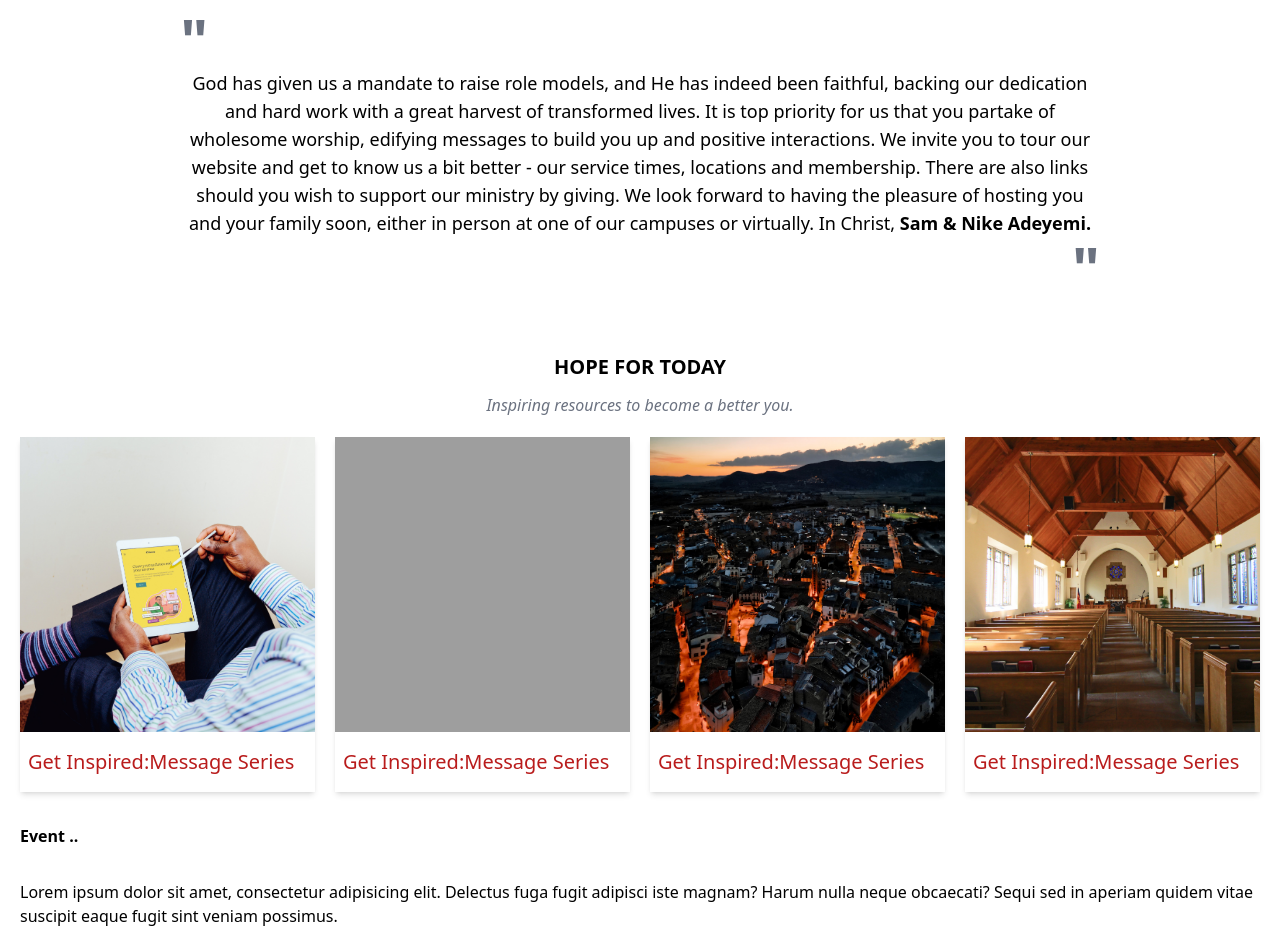
Repository: hisreal123/godschamber
Page: /
An editor plug-in stored every save of this project. The page is shown before and after the next save, followed by the edit.
The browser window is 1280 px wide. The pictures show the part of the page from y = 823 to 1775 px (the page is 1751 px tall before and 1775 px after).
Pictures or frames that could not be fetched are drawn as grey boxes. The project was rebuilt for these pictures with package versions that can differ from the ones it lists, and the page was loaded fresh each time. The framework's server and built-in components were replaced by stand-ins that run in the browser. Also part of the build but not shown: next.config.js.

Above is the page before, as saved 2023-03-26 12:25:26.

After the next save:
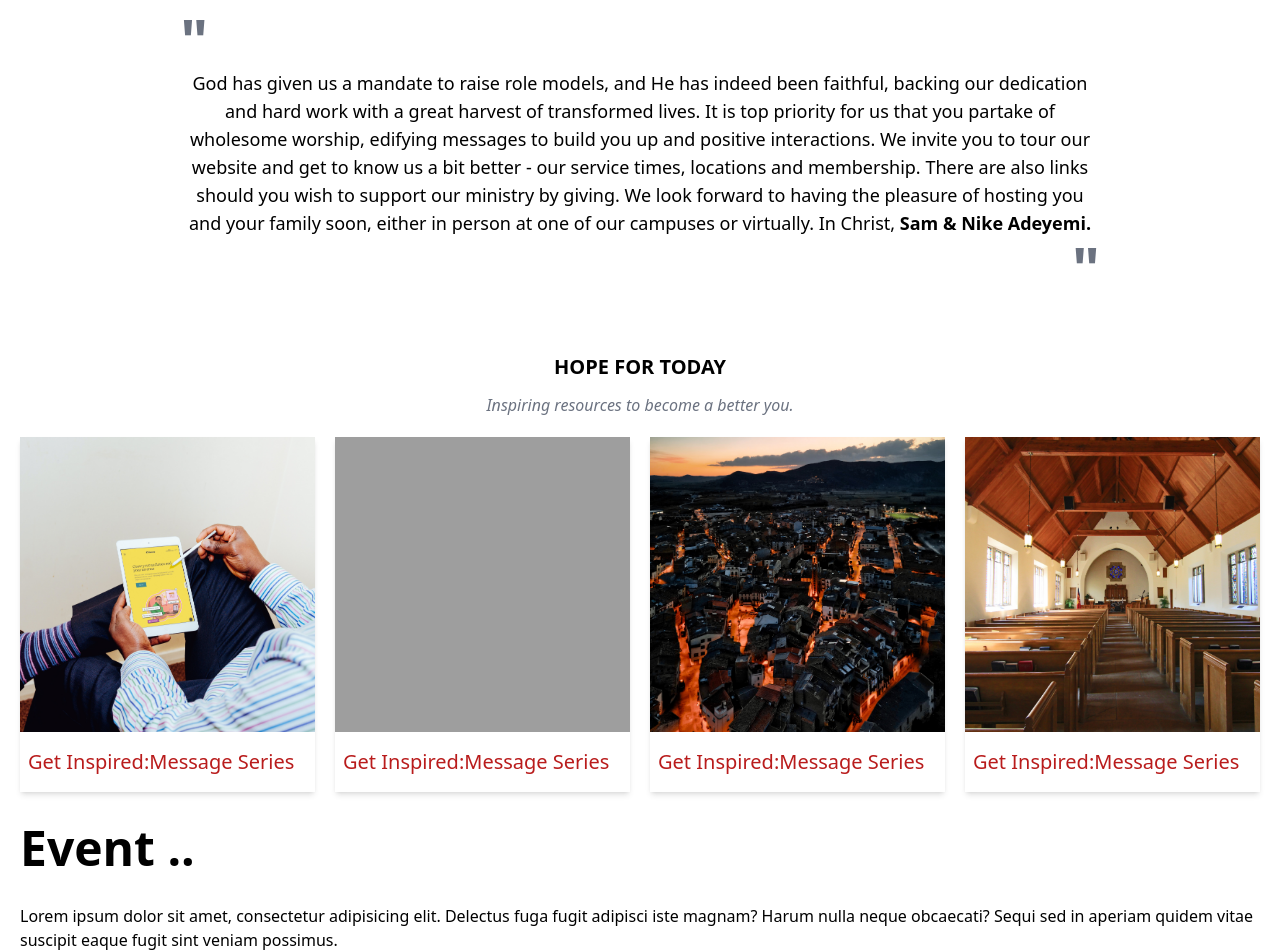
Saved 13 s later.
--- a/src/app/components/Events.tsx
+++ b/src/app/components/Events.tsx
@@ -4,7 +4,7 @@ export default function Events() {
     return (
         <>
             <section className='Container px-5'>
-                <h1 className="my-8 font-bold text-5lx "> Event ..</h1>
+                <h1 className="my-8 font-bold text-5xl "> Event ..</h1>
 
                 <div className="Carousel-ShowCase">
                     <p>Lorem ipsum dolor sit amet, consectetur adipisicing elit. Delectus fuga fugit adipisci iste magnam? Harum nulla neque obcaecati? Sequi sed in aperiam quidem vitae suscipit eaque fugit sint veniam possimus.</p>
